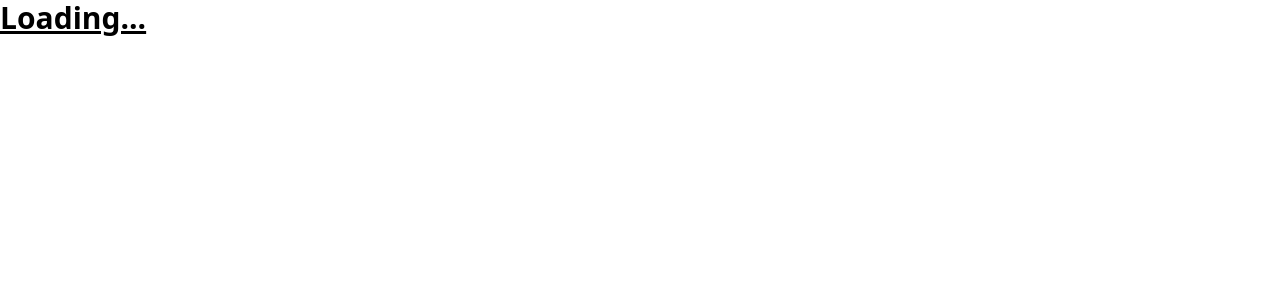
Repository: Renzo-Salosagcol/COGTracker
Page: /
An editor plug-in stored every save of this project. The page is shown before and after the next save, followed by the edit.
The browser window is 1280 px wide. The pictures show the whole page.
The project was rebuilt for these pictures with package versions that can differ from the ones it lists, and the page was loaded fresh each time. Also part of the build but not shown: vite.config.js.

Above is the page before, as saved 2026-05-06 14:00:04.

### index.html
<!doctype html>
<html lang="en">
  <head>
    <meta charset="UTF-8" />
    <link rel="icon" type="image/svg+xml" href="/favicon.svg" />
    <meta name="viewport" content="width=device-width, initial-scale=1.0" />
    <title>cogtracker</title>
  </head>
  <body>
    <div id="root"></div>
    <script type="module" src="/src/main.jsx"></script>
  </body>
</html>

### src/index.css
@import "tailwindcss";

@theme {
  --color-background: var(--background);
  --color-foreground: var(--foreground);

  --color-primary: var(--primary);
  --color-secondary: var(--secondary);

  --animate-fade-in: fade-in 1s ease-in forwards;
}

@layer base {
  /* Light Theme */
  :root {
    --background: #ffffff;
    --foreground: #000000;

    --primary: #000000;
    --secondary: #ffffff;
  }

  /* Dark Theme */
  .dark {
    --background: #000000;
    --foreground: #ffffff;

    --primary: #ffffff;
    --secondary: #000000;
  }

  html {
    @apply scroll-smooth;
  }

  body {
    @apply bg-background text-foreground transition-colors duration-300;
  }
}

### src/App.jsx
import './index.css'

//Import Variables & React Functions
import { COG_TRACKER_SERVER } from './config'
import { useState, useEffect } from 'react'

export default function App() {
  const [data, setData] = useState(null)

  useEffect(() => {
    // Simulate an API call
    const fetchData = async () => {
      const response = await fetch(COG_TRACKER_SERVER, {
        method: 'GET',
        headers: {
          'Content-Type': 'application/json',
        },
      })
      const result = await response.json()
      setData(result)
    }

    fetchData()
  }, [])

  return (
    <>
      <h1 className="text-3xl text-primary font-bold underline">{data ? data.title : 'Loading...'}</h1>
    </>
  )
}

### src/config.js
export const COG_TRACKER_SERVER = process.env.COG_TRACKER_SERVER || 'http://localhost:3000'

Loaded but not shown: src/main.jsx (common file)

After the next save:
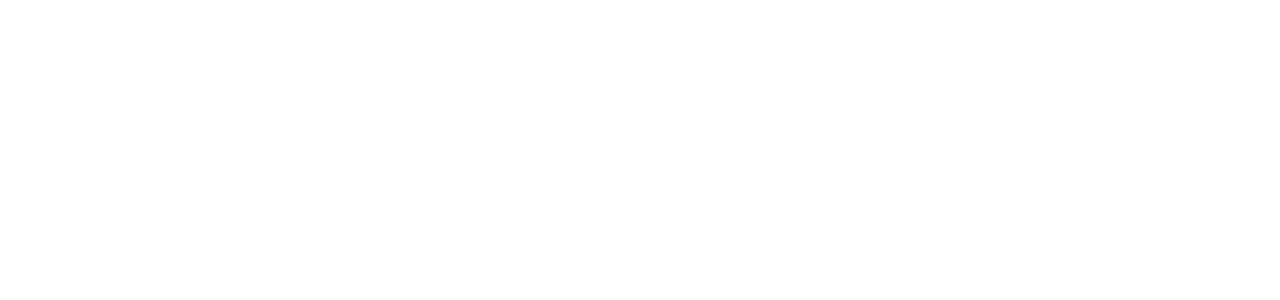
Saved 2 min 37 s later.
--- a/src/index.css
+++ b/src/index.css
@@ -16,8 +16,8 @@
     --background: #ffffff;
     --foreground: #000000;
 
-    --primary: #000000;
-    --secondary: #ffffff;
+    --primary: #ffffff;
+    --secondary: #000000;
   }
 
   /* Dark Theme */
@@ -25,8 +25,8 @@
     --background: #000000;
     --foreground: #ffffff;
 
-    --primary: #ffffff;
-    --secondary: #000000;
+    --primary: #000000;
+    --secondary: #ffffff;
   }
 
   html {

After the save that followed:
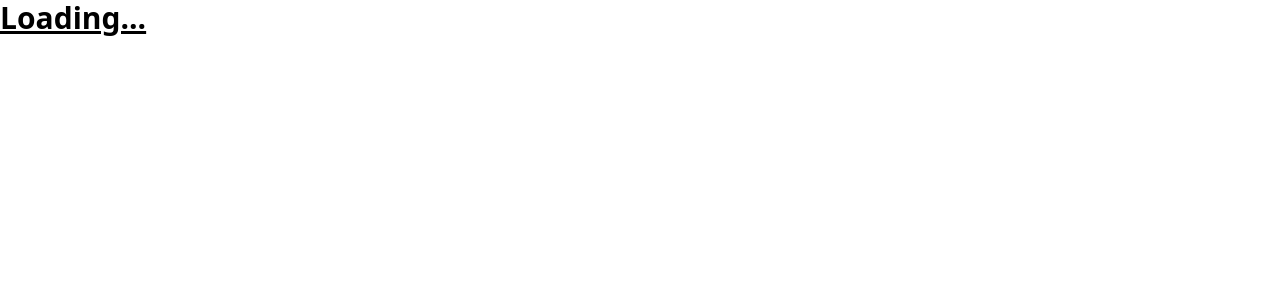
Saved 21 s later.
--- a/src/index.css
+++ b/src/index.css
@@ -16,8 +16,7 @@
     --background: #ffffff;
     --foreground: #000000;
 
-    --primary: #ffffff;
-    --secondary: #000000;
+    --primary: #000000;
   }
 
   /* Dark Theme */
@@ -25,8 +24,7 @@
     --background: #000000;
     --foreground: #ffffff;
 
-    --primary: #000000;
-    --secondary: #ffffff;
+    --primary: #ffffff;
   }
 
   html {
